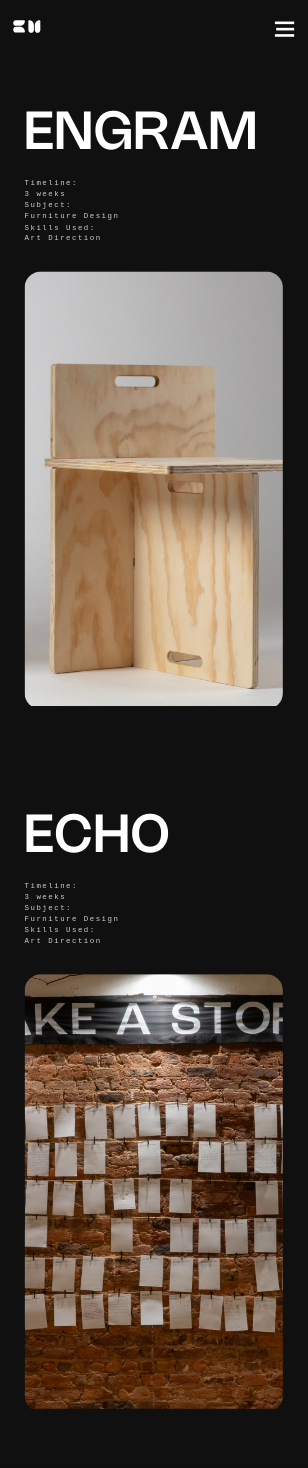
Repository: theethanwright/ethan_wright_portfolio
Page: work.html
These files come from the project's save history. The page is drawn as it stood at one moment and after the next save; the edit follows.
The browser window is 375 px wide. The pictures show the whole page, at 82% of full size.

Above is the page before, as saved 2023-12-26 21:25:43.

After the next save:
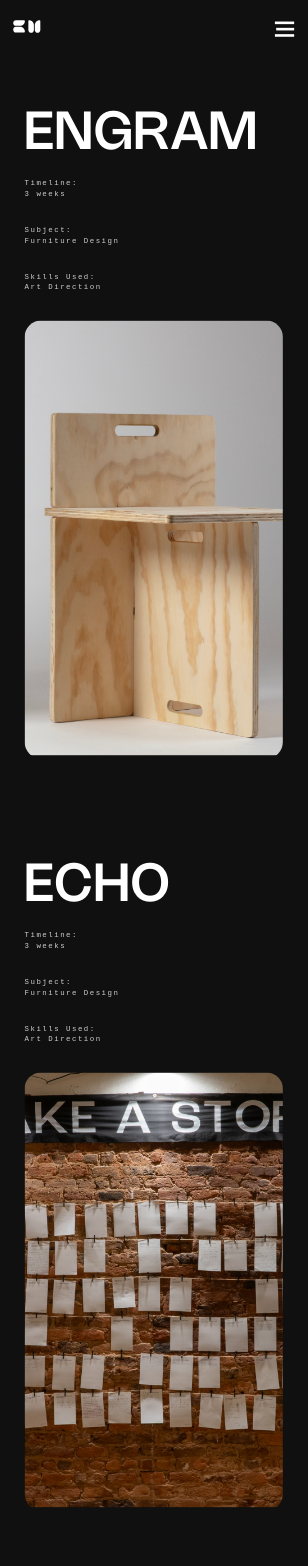
Saved 48 s later.
--- a/work/layouts.css
+++ b/work/layouts.css
@@ -218,7 +218,8 @@
 
       display: flex;
       flex-direction: column;
-      justify-content: space-between;
+      gap: 30px;
+      justify-content: start;
       align-items: flex-start;
       transition-delay: 75ms
     }
